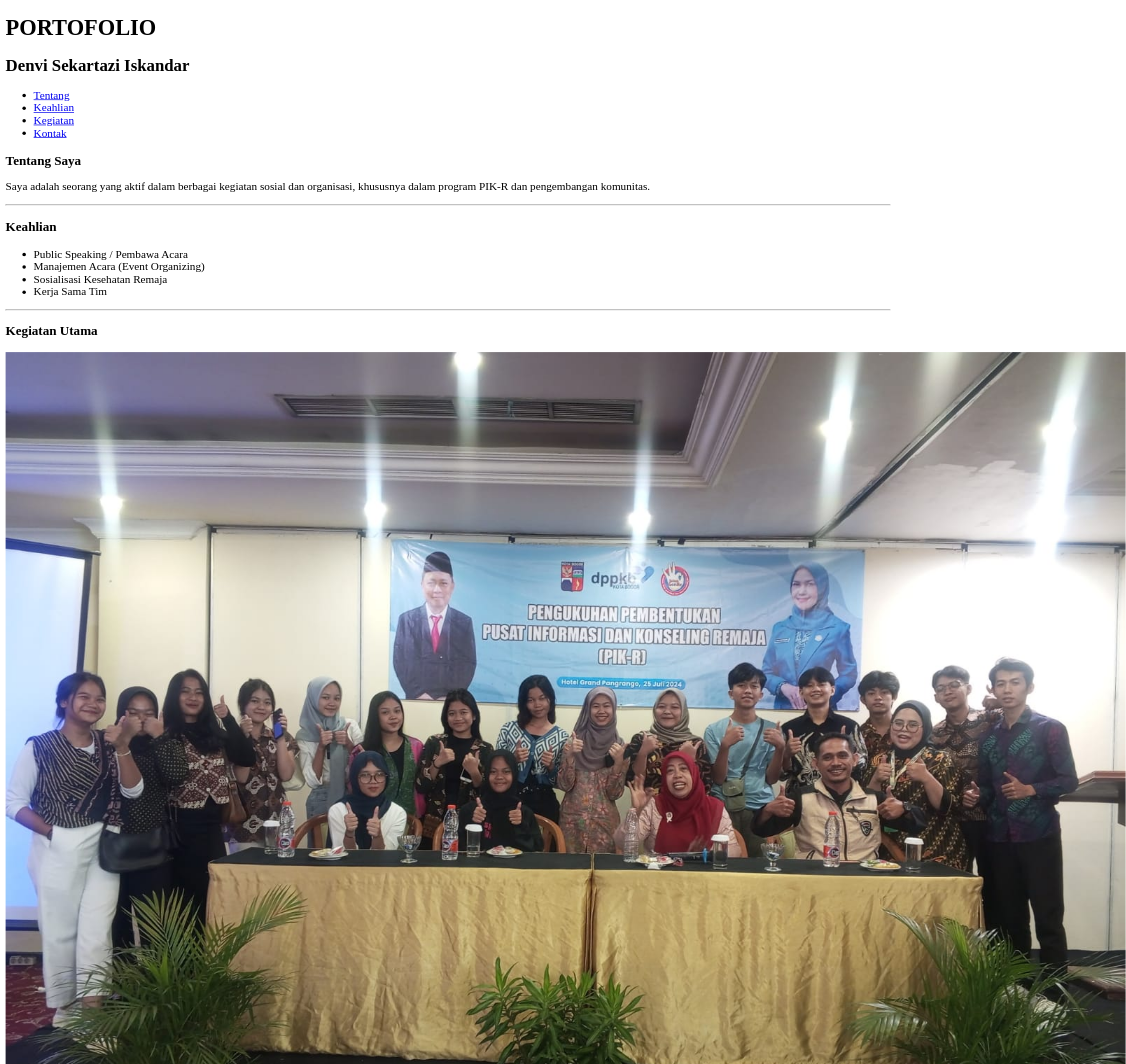
Repository: sekartazivi/241552010020-Web-Application-Development
Page: tugas pertemuan 3/struktur.html
The author's editor kept a copy of each file at every save. The page is drawn from the files as they stood at one save, then again after a run of saves.
The browser window is 1280 px wide. The page is 1608 px wide, then 1280 px, so the pictures cover 1608 px, including what lies to the right of the window. The pictures show the part of the page from y = 0 to 1520 px (the page is 3255 px tall before and 1329 px after), at 70% of full size.

Above is the page before, as saved 2026-02-25 14:46:43.

After the next 2 saves:
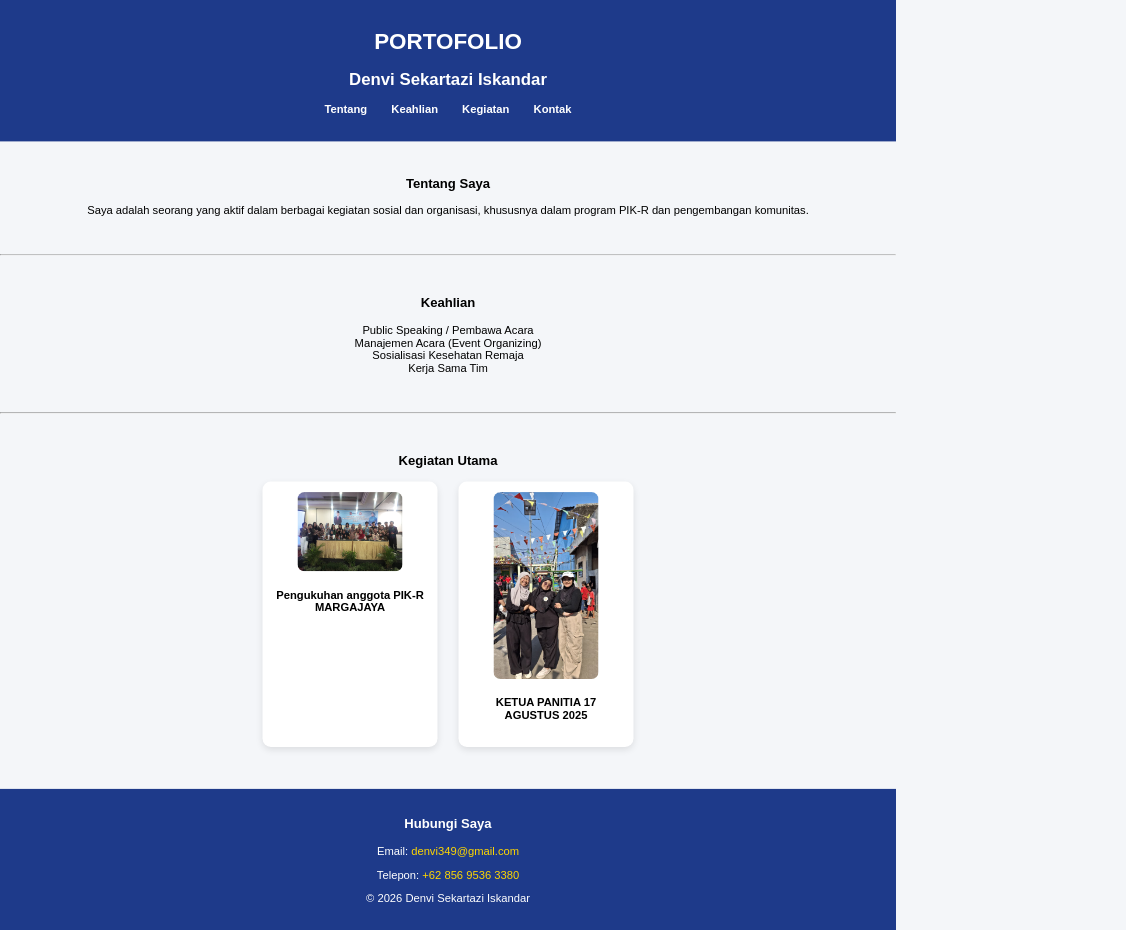
The 2 saves are shown as one change because they came seconds apart.
The last was saved 13 min 58 s later.
--- a/tugas pertemuan 3/struktur.html
+++ b/tugas pertemuan 3/struktur.html
@@ -4,6 +4,80 @@
     <meta charset="UTF-8">
     <meta name="viewport" content="width=device-width, initial-scale=1.0">
     <title>Portofolio Denvi Sekartazi Iskandar</title>
+
+    <style>
+        body {
+            font-family: Arial, sans-serif;
+            margin: 0;
+            padding: 0;
+            background-color: #f4f6f9;
+            text-align: center;
+        }
+
+        header {
+            background-color: #1e3a8a;
+            color: white;
+            padding: 20px;
+        }
+
+        nav ul {
+            list-style: none;
+            padding: 0;
+        }
+
+        nav ul li {
+            display: inline;
+            margin: 0 15px;
+        }
+
+        nav ul li a {
+            color: white;
+            text-decoration: none;
+            font-weight: bold;
+        }
+
+        section {
+            padding: 30px;
+        }
+
+        .gallery {
+            display: flex;
+            justify-content: center;
+            gap: 30px;
+            flex-wrap: wrap;
+        }
+
+        .gallery article {
+            background: white;
+            padding: 15px;
+            border-radius: 12px;
+            box-shadow: 0 4px 10px rgba(0,0,0,0.1);
+            width: 220px;
+            transition: transform 0.3s ease;
+        }
+
+        .gallery article:hover {
+            transform: scale(1.05);
+        }
+
+        .gallery img {
+            width: 150px;
+            height: auto;
+            border-radius: 10px;
+        }
+
+        footer {
+            background-color: #1e3a8a;
+            color: white;
+            padding: 20px;
+            margin-top: 30px;
+        }
+
+        footer a {
+            color: #ffd700;
+            text-decoration: none;
+        }
+    </style>
 </head>
 <body>
 
@@ -30,7 +104,7 @@
 
         <section id="keahlian">
             <h3>Keahlian</h3>
-            <ul>
+            <ul style="list-style: none; padding: 0;">
                 <li>Public Speaking / Pembawa Acara</li>
                 <li>Manajemen Acara (Event Organizing)</li>
                 <li>Sosialisasi Kesehatan Remaja</li>
@@ -45,15 +119,14 @@
             <div class="gallery">
                 <article>
                    <img src="images/pengukuhan.jpg" alt="Pengukuhan anggota PIK-R MARGAJAYA">
-                    <h4><a href="#">Pengukuhan anggota PIK-R MARGAJAYA</a></h4>
+                    <h4>Pengukuhan anggota PIK-R MARGAJAYA</h4>
                 </article>
 
                 <article>
                     <img src="images/panitia agustus.jpg" alt="KETUA PANITIA 17 AGUSTUS 2025">
-                    <h4><a href="#">KETUA PANITIA 17 AGUSTUS 2025</a></h4>
+                    <h4>KETUA PANITIA 17 AGUSTUS 2025</h4>
                 </article>
-
-                </div>
+            </div>
         </section>
     </main>
 
